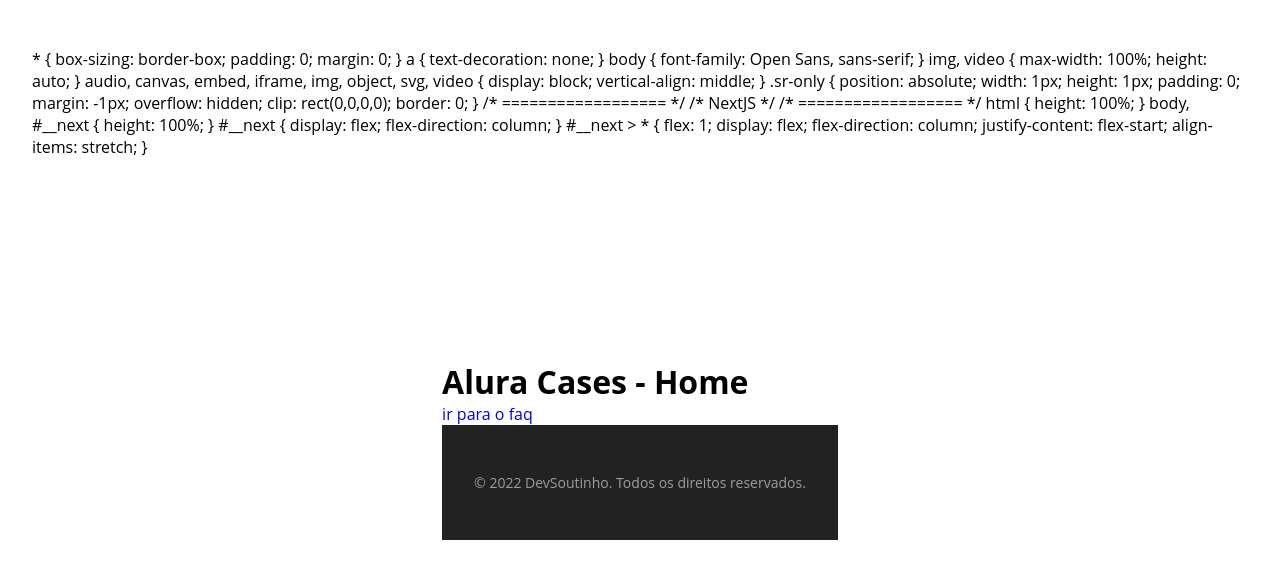
Repository: renan-oliveira93/alura-cases
Page: /
An editor plug-in stored every save of this project. The page is shown before and after the next save, followed by the edit.
The browser window is 1280 px wide. The pictures show the whole page.
The project was rebuilt for these pictures with package versions that can differ from the ones it lists, and the page was loaded fresh each time. Some packages were replaced by stand-ins written for this rebuild. The framework's server and built-in components were replaced by stand-ins that run in the browser.

Above is the page before, as saved 2022-02-09 09:16:17.

### pages/_app.js
import GlobalStyle from "../src/theme/GlobalStyle";

function MyApp ({ Component, pageProps}) {
    return (
        <>
        <GlobalStyle/>
        <Component {...pageProps} />
        </>
    )


}

export default MyApp;

### pages/index.js
import Link from "../src/components/Link";
import Footer from "../src/components/patterns/Footer";





export default function HomePage() {
    return(
        <div>
            <h1>Alura Cases - Home</h1>
            <Link href="faq">
            ir para o faq
            </Link>
            <Footer/>

        </div>
    )
}

### src/theme/GlobalStyle.js
import { theme } from './theme';

export default function GlobalStyle() {
    return (
        <style global jsx>{`
        * {
          box-sizing: border-box;
          padding: 0;
          margin: 0;
        }
        a {
          text-decoration: none;
        }
        body {
          font-family: ${theme.typography.fontFamily}, sans-serif;
        }
        img, video {
          max-width: 100%;
          height: auto;
        }
        audio, canvas, embed, iframe, img, object, svg, video {
          display: block;
          vertical-align: middle;
        }
        .sr-only {
          position: absolute;
          width: 1px;
          height: 1px;
          padding: 0;
          margin: -1px;
          overflow: hidden;
          clip: rect(0,0,0,0);
          border: 0;
        }
        /* ================== */
        /* NextJS */
        /* ================== */
        html {
          height: 100%;
        }
        body,
        #__next {
          height: 100%;
        }
        #__next {
          display: flex;
          flex-direction: column;
        }
        #__next > * {
          flex: 1;
          display: flex;
          flex-direction: column;
          justify-content: flex-start;
          align-items: stretch;
        }
      `}</style>
    )
}

### src/components/Link/index.js
import NextLink from "next/link";

export default function Link({ children, href, ...props}) {
    return(
        <NextLink href={href} passHref>
            <a {...props}>{children}</a>
        </NextLink>
    )
}

### src/components/patterns/Footer/index.js
import { theme } from '../../../theme/theme';
import { Box, Text } from '../../../theme/components';

export default function Footer() {
  return (
    <Box
      as="footer"
      styleSheet={{
        backgroundColor: theme.colors.neutral[900]
      }}
    >
      <Box
        styleSheet={{
          overflow:"hidden",
          maxWidth: theme.space.xcontainer_xl,
          marginLeft: "auto",
          marginRight:"auto",
          paddingVertical:{
            xs: theme.space.x12,
          },
          paddingHorizontal:{
            xs: theme.space.x4,
            sm: theme.space.x6,
            lg: theme.space.x8,
          },
        }}
      >
        <Text
          as="p"
          styleSheet={{
            textVariant: theme.typography.variants.body3,
            textAlign: "center",
            color: theme.colors.neutral[400],
          }}
        >
          &copy; {new Date().getFullYear()} DevSoutinho. Todos os direitos reservados.
        </Text>
      </Box>
    </Box>
  )
}

### src/theme/theme.js
const partition = {
    'x1/1': '100%',
    'x1/2': '50%',
    'x1/3': '33.333333%',
    'x2/3': '66.666667%',
    'x1/4': '25%',
    'x2/4': '50%',
    'x3/4': '75%',
    'x1/5': '20%',
    'x2/5': '40%',
    'x3/5': '60%',
    'x4/5': '80%',
    'x1/6': '16.666667%',
    'x2/6': '33.333333%',
    'x3/6': '50%',
    'x4/6': '66.666667%',
    'x5/6': '83.333333%',
    'x1/12': '8.333333%',
    'x2/12': '16.666667%',
    'x3/12': '25%',
    'x4/12': '33.333333%',
    'x5/12': '41.666667%',
    'x6/12': '50%',
    'x7/12': '58.333333%',
    'x8/12': '66.666667%',
    'x9/12': '75%',
    'x10/12': '83.333333%',
    'x11/12': '91.666667%',
};

const container = {
    xcontainer_xs: '0', // '440px'  /* 27.5rem */,
    xcontainer_sm: '640px'  /* 40rem */,
    xcontainer_md: '768px'  /* 48rem */,
    xcontainer_lg: '1024px' /* 64rem */,
    xcontainer_xl: '1280px' /* 80rem */,
};

const space = {
    ...partition,
    ...container,
    x0: '0',
    xpx: '1px',
    'x0.5': '2px', // 0.125rem
    x1: '4px', // 0.25rem
    'x1.5': '6px', // 0.375rem
    x2: '8px', // 0.5rem
    'x2.5': '10px', // 0.625rem
    x3: '12px', // 0.75rem
    'x3.5': '14px', // 0.875rem
    x4: '16px', // 1rem
    x5: '20px', // 1.25rem'
    x6: '24px',// 1.5rem
    x7: '1.75rem',// 1.75rem
    x8: '32px', // 2rem
    x9: '36px', // 2.25rem
    x10: '40px', // 2.5rem
    x11: '44px', // 2.75rem
    x12: '48px', // 3rem
    x14: '56px', // 3.5rem
    x16: '64px', // 4rem
    x20: '80px', // 5rem
    x24: '96px', // 6rem
    x28: '112px', // 7rem
    x32: '128px', // 8rem
    x36: '144px', // 9rem
    x40: '160px', // 10rem
    x44: '176px', // 11rem
    x48: '192px', // 12rem
    x52: '208px', // 13rem
    x56: '224px', // 14rem
    x60: '240px', // 15rem
    x64: '256px', // 16rem
    x72: '288px', // 18rem
    x80: '320px', // 20rem
    x96: '384px', // 24rem
};

export const theme = {
    breakpoints: {
        "Breakpoints.xs": 0,
        "Breakpoints.sm": 480,
        "Breakpoints.md": 768,
        "Breakpoints.lg": 992,
        "Breakpoints.xl": 1200,
    },
    colors: {
        primary: {
            "050": "#EAE2F8",
            "100": "#CFBCF2",
            "200": "#A081D9",
            "300": "#8662C7",
            "400": "#724BB7",
            "500": "#653CAD",
            "600": "#51279B",
            "700": "#421987",
            "800": "#34126F",
            "900": "#240754",
        },
        neutral: {
            "000": "#FFFFFF",
            "050": "#F7F7F7",
            "100": "#E1E1E1",
            "200": "#CFCFCF",
            "300": "#B1B1B1",
            "400": "#9E9E9E",
            "500": "#7E7E7E",
            "600": "#626262",
            "700": "#515151",
            "800": "#3B3B3B",
            "900": "#222222",
            "999": "#111111",
        }
    },
    typography: {
        fontFamily: 'Open Sans',
        variants: {
            display1: {
                fontSize: {
                    xs: "48px",
                    md: "60px"
                },
                letterSpacing: {
                    xs: '-0.04px',
                },
                fontWeight: {
                    xs: '900',
                }
            },
            heading1: {
                fontSize: {
                    xs: "36px",
                    md: "48px"
                },
                letterSpacing: {
                    xs: '-0.04px',
                },
                fontWeight: {
                    xs: '900',
                }
            },
            heading2: {
                fontSize: {
                    xs: "24px",
                    md: "36px",
                },
                letterSpacing: {
                    xs: '-0.04px',
                },
                fontWeight: {
                    xs: '900',
                }
            },
            heading3: {
                fontSize: {
                    xs: "20px",
                    md: "30px",
                },
                letterSpacing: {
                    xs: '-0.04px',
                },
                fontWeight: {
                    xs: 'bold',
                }
            },
            heading4: {
                fontSize: {
                    xs: "16px",
                    md: "20px",
                },
                letterSpacing: {
                    xs: '-0.04px',
                },
                fontWeight: {
                    xs: 'bold',
                }
            },
            heading5: {
                fontSize: {
                    xs: "14px",
                    md: "16px",
                },
                letterSpacing: {
                    xs: '-0.04px',
                },
                fontWeight: {
                    xs: 'bold',
                }
            },
            body1: {
                fontSize: {
                    xs: "18px",
                },
                fontWeight: {
                    xs: '400',
                },
            },
            body2: {
                fontSize: {
                    xs: "16px",
                },
                fontWeight: {
                    xs: '400',
                },
            },
            body3: {
                fontSize: {
                    xs: "14px",
                },
                fontWeight: {
                    xs: '400',
                },
            },
            body4: {
                fontSize: {
                    xs: "12px",
                },
                fontWeight: {
                    xs: '400',
                },
            },
        }
    },
    space,
}

### src/theme/components.js
import React from 'react';
import { FontAwesomeIcon } from '@fortawesome/react-fontawesome';
import * as iconSet from "@fortawesome/free-solid-svg-icons";

import { theme } from './theme';

function capitalize(str) {
  return str.charAt(0).toUpperCase() + str.slice(1);
}

function renderCSSValue(cssPropName, cssPropValue) {
  if (cssPropName.includes('horizontal')) {
    return `
      ${cssPropName.replace('horizontal', 'left')}: ${cssPropValue};
      ${cssPropName.replace('horizontal', 'right')}: ${cssPropValue};
    `;
  }
  if (cssPropName.includes('vertical')) {
    return `
      ${cssPropName.replace('vertical', 'top')}: ${cssPropValue};
      ${cssPropName.replace('vertical', 'bottom')}: ${cssPropValue};
    `;
  }

  return cssPropName + ':' + cssPropValue + ';';
}
function renderCSS(props, currentBreakpoint) {
  if (!props) return '';

  return Object
    .keys(props)
    .map((prop) => {
      const cssPropName = prop.split(/(?=[A-Z])/).join('-').toLowerCase();
      const cssPropValue = props[prop];
      const isCssPropValueAnObject = Object.prototype.toString.call(cssPropValue) === '[object Object]';
      const currentCssPropValue = cssPropValue[currentBreakpoint];

      if (currentBreakpoint == 'xs' && !isCssPropValueAnObject) {
        return renderCSSValue(cssPropName, cssPropValue);
      }

      if (currentCssPropValue) {
        return renderCSSValue(cssPropName, currentCssPropValue);
      }
    }).filter(Boolean).join('');
}

export function Box({
  as,
  styleSheet: { focus, hover, srOnly, ...styleSheet },
  ...props
}) {
  const Tag = as || 'div';

  return (
    <React.Fragment>
      <Tag {...props} className={`${props.className ? props.className : ''} ${srOnly ? 'sr-only' : ''}`} />
      <style jsx>{`
        ${Tag} {
          ${renderCSS(styleSheet, 'xs')};
        }
        ${Tag}:hover {
          ${renderCSS(hover, 'xs')};
        }
        ${Tag}:focus {
          ${renderCSS(focus, 'xs')};
        }
        @media screen and (min-width: ${theme.breakpoints['Breakpoints.sm']}px) {
          ${Tag} {
            ${renderCSS(styleSheet, 'sm')};
          }
          ${Tag}:hover {
            ${renderCSS(hover, 'sm')};
          }
          ${Tag}:focus {
            ${renderCSS(focus, 'sm')};
          }
        }
        @media screen and (min-width: ${theme.breakpoints['Breakpoints.md']}px) {
          ${Tag} {
            ${renderCSS(styleSheet, 'md')};
          }
          ${Tag}:hover {
            ${renderCSS(hover, 'md')};
          }
          ${Tag}:focus {
            ${renderCSS(focus, 'md')};
          }
        }
        @media screen and (min-width: ${theme.breakpoints['Breakpoints.lg']}px) {
          ${Tag} {
            ${renderCSS(styleSheet, 'lg')};
          }
          ${Tag}:hover {
            ${renderCSS(hover, 'lg')};
          }
          ${Tag}:focus {
            ${renderCSS(focus, 'lg')};
          }
        }
        @media screen and (min-width: ${theme.breakpoints['Breakpoints.xl']}px) {
          ${Tag} {
            ${renderCSS(styleSheet, 'xl')};
          }
          ${Tag}:hover {
            ${renderCSS(hover, 'xl')};
          }
          ${Tag}:focus {
            ${renderCSS(focus, 'xl')};
          }
        }
      `}</style>
    </React.Fragment>
  )
}

        /* @media screen and (min-width: ${theme.breakpoints['Breakpoints.md']}px) {
          ${renderCSS(styleSheet, 'md')};
          :hover {
            ${renderCSS(hover, 'md')};
          }
          :focus {
            ${renderCSS(focus, 'md')};
          }
        }
        @media screen and (min-width: ${theme.breakpoints['Breakpoints.lg']}px) {
          ${renderCSS(styleSheet, 'lg')};
          :hover {
            ${renderCSS(hover, 'lg')};
          }
          :focus {
            ${renderCSS(focus, 'lg')};
          }
        }
        @media screen and (min-width: ${theme.breakpoints['Breakpoints.xl']}px) {
          ${renderCSS(styleSheet, 'xl')};
          :hover {
            ${renderCSS(hover, 'xl')};
          }
          :focus {
            ${renderCSS(focus, 'xl')};
          }
        } */

Box.defaultProps = {
  styleSheet: {},
};

export function Icon({ as, styleSheet, ...props }) {
  const {
    iconVariant,
    ...restStyleSheet
  } = styleSheet;
  const styleSheetUpdated = restStyleSheet;

  console.log('iconVariant', iconVariant);

  return (
    <Box
      as={FontAwesomeIcon}
      icon={iconSet[`fa${capitalize(iconVariant)}`]}
      crossOrigin="anonymous"
      styleSheet={{
        width: '1.5ch',
        height: '1.5ch',
        ...styleSheetUpdated
      }}
      {...props}
    />
  )
}

export function Text({ as, styleSheet, ...props }) {
  const {
    textVariant = {
      fontSize: 'inherit',
    },
    ...restStyleSheet
  } = styleSheet;
  const styleSheetUpdated = { ...textVariant, ...restStyleSheet };
  const tag = as || 'span';
  return (
    <Box
      as={tag}
      styleSheet={styleSheetUpdated}
      {...props}
    />
  )
}
Text.defaultProps = {
  styleSheet: {},
};

export function Image({ as, ...props }) {
  const tag = as || 'img';
  const {
    children,
    dangerouslySetInnerHTML,
    ...imageProps
  } = props;

  return (
    <Box as={tag} {...imageProps} />
  );
}
Image.defaultProps = {
  styleSheet: {},
};

export function Input({ as, styleSheet, ...props }) {
  const tag = 'input';
  const finalStyleSheet = {
    transition: 'all 0.2s ease-in-out',
    outline: 0,
    textVariant: theme.typography.variants.body2,
    color: theme.colors.neutral[900],
    boxShadow: `0 5px 7px -5px ${theme.colors.neutral[999]}43`,
    display: 'block',
    width: theme.space["x1/1"],
    border: `1px solid ${theme.colors.neutral[300]}`,
    borderRadius: theme.space.x2,
    paddingHorizontal: theme.space.x5,
    paddingVertical: theme.space.x3,
    focus: {
      border: `1px solid ${theme.colors.primary[500]}`,
      boxShadow: `0 5px 10px -5px ${theme.colors.neutral[999]}43`,
    },
    ...styleSheet,
  };

  return (
    <Text as={tag} styleSheet={finalStyleSheet} {...props} />
  );
}
Input.defaultProps = {
  styleSheet: {},
};

export function Button({ as, styleSheet, ...props }) {
  const {
    buttonVariant = 'primary',
    ...restStyleSheet
  } = styleSheet;
  const tag = 'button';

  const finalStyleSheet = {
    cursor: 'pointer',
    textVariant: theme.typography.variants.body2,
    color: theme.colors.neutral["000"],
    boxShadow: `0 5px 7px -5px ${theme.colors.neutral["999"]}43`,
    display: 'block',
    outline: 0,
    width: theme.space["x1/1"],
    border: `${theme.space.xpx} solid ${theme.colors[buttonVariant][900]}`,
    borderRadius: theme.space.x2,
    paddingHorizontal: {
      xs: theme.space.x5,
      sm: theme.space.x10
    },
    paddingVertical: theme.space.x3,
    transition: 'all 0.2s ease-in-out',
    backgroundColor: theme.colors[buttonVariant][600],
    hover: {
      backgroundColor: theme.colors[buttonVariant][500],
      boxShadow: `0 5px 10px -5px ${theme.colors.neutral[999]}73`,
    },
    focus: {
      backgroundColor: theme.colors[buttonVariant][700],
      boxShadow: `0 5px 10px -5px ${theme.colors.neutral[999]}93`,
    },
    ...restStyleSheet,
  };

  return (
    <Text as={tag} styleSheet={finalStyleSheet} {...props} />
  );
}
Button.defaultProps = {
  styleSheet: {},
};

After the next save:
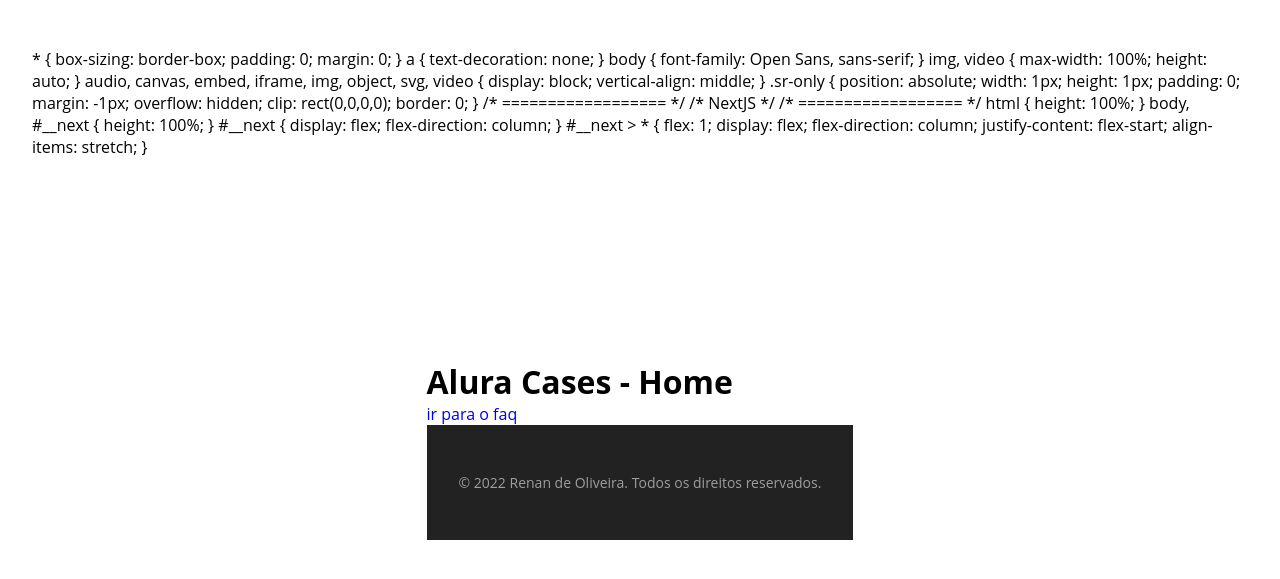
Saved 62 s later.
--- a/src/components/patterns/Footer/index.js
+++ b/src/components/patterns/Footer/index.js
@@ -33,7 +33,7 @@
             color: theme.colors.neutral[400],
           }}
         >
-          &copy; {new Date().getFullYear()} DevSoutinho. Todos os direitos reservados.
+          &copy; {new Date().getFullYear()} Renan de Oliveira. Todos os direitos reservados.
         </Text>
       </Box>
     </Box>
